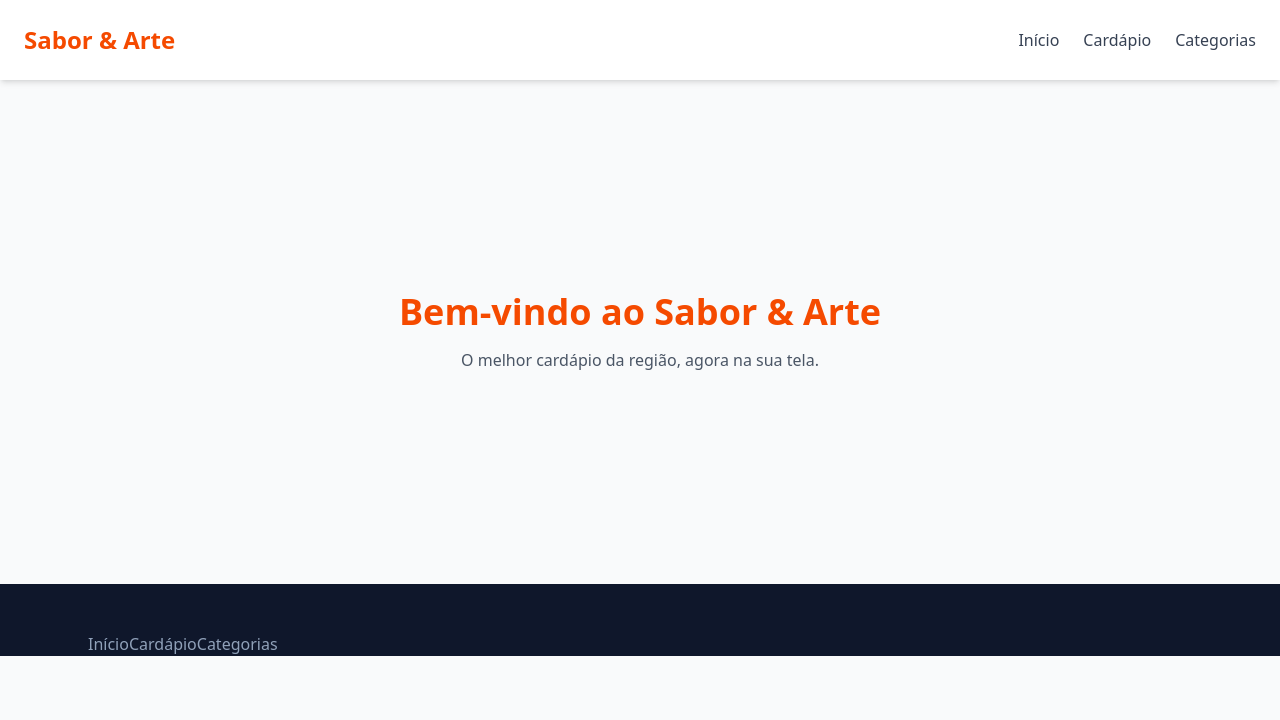
Repository: LuigiBLombardo/Next---Atividade
Page: / (app in sistema-cardapio/)
An editor plug-in stored every save of this project. The page is shown before and after the next save, followed by the edit.
The browser window is 1280 px wide. The pictures show the whole page.
The project was rebuilt for these pictures with package versions that can differ from the ones it lists, and the page was loaded fresh each time. The framework's server and built-in components were replaced by stand-ins that run in the browser. Also part of the build but not shown: sistema-cardapio/next.config.mjs.

Above is the page before, as saved 2026-09-04 19:20:53.

After the next save:
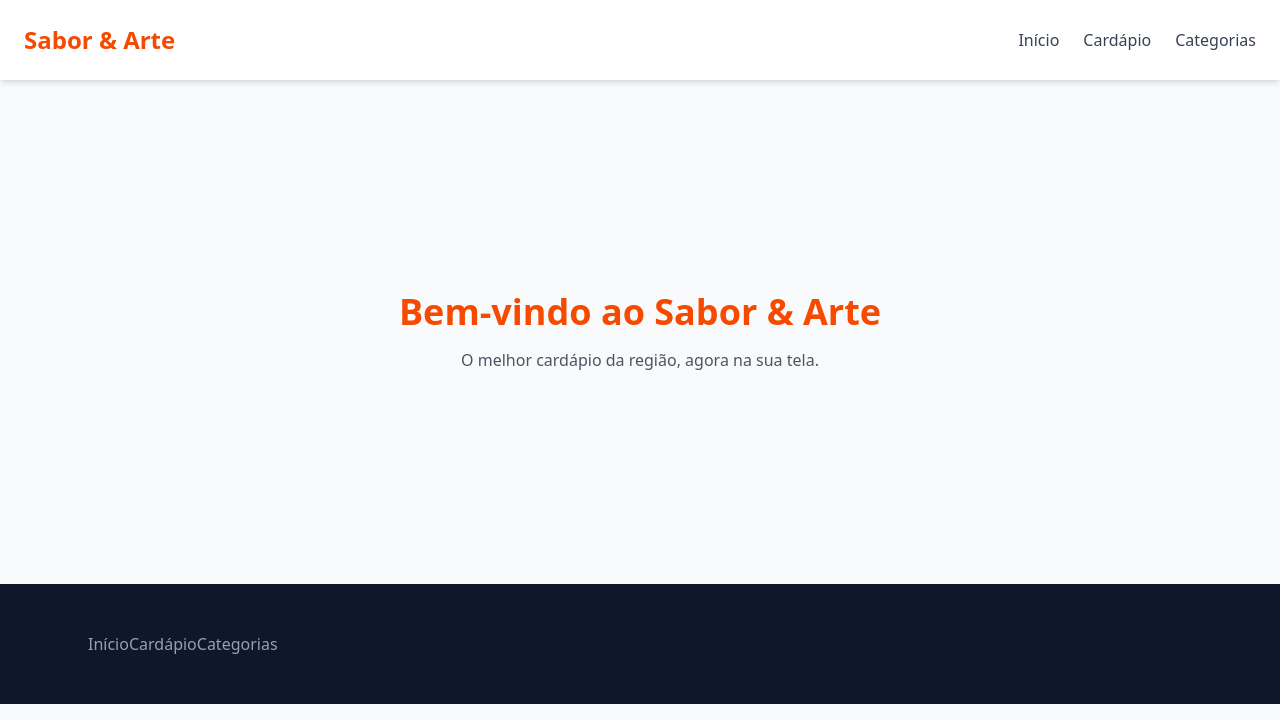
Saved 5 s later.
--- a/sistema-cardapio/src/components/Footer.js
+++ b/sistema-cardapio/src/components/Footer.js
@@ -4,7 +4,7 @@ export default function Footer(){
     return (
         <footer className="w-full bg-slate-900 text-slate-400 pt-12">
 
-            <div className="max-w-6xl mx-auto px-6 pb-">
+            <div className="max-w-6xl mx-auto px-6 pb-12">
 
                 <div>
 
